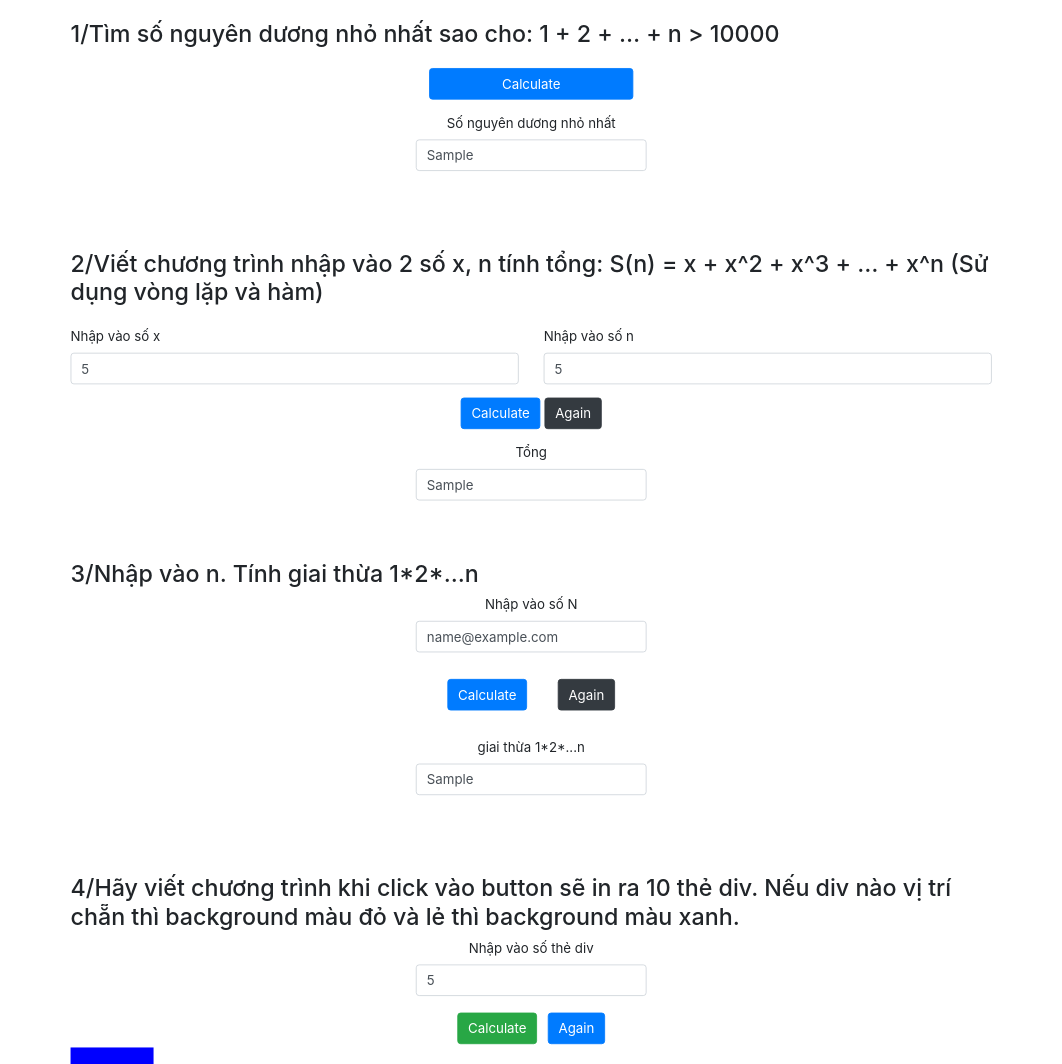
Repository: baobaodeveloper/bootcamp21__loop__HuynhAnhBao
Page: index.html
These files come from the project's save history. The page is drawn as it stood at one moment and after the next save; the edit follows.
The browser window is 1280 px wide. The pictures show the whole page, at 83% of full size.
Empty fields were first filled with sample values (such as "Sample", 5 or name@example.com).
After loading, the first visible `#creat-div` was clicked once.

Above is the page before, as saved 2022-03-17 19:32:37.

### index.html
<!DOCTYPE html>
<html lang="en">
  <head>
    <title>Exercise Js</title>
    <!-- Required meta tags -->
    <meta charset="utf-8" />
    <meta
      name="viewport"
      content="width=device-width, initial-scale=1, shrink-to-fit=no"
    />

    <!-- Bootstrap CSS -->
    <link
      rel="stylesheet"
      href="https://stackpath.bootstrapcdn.com/bootstrap/4.3.1/css/bootstrap.min.css"
      integrity="sha384-ggOyR0iXCbMQv3Xipma34MD+dH/1fQ784/j6cY/iJTQUOhcWr7x9JvoRxT2MZw1T"
      crossorigin="anonymous"
    />
  </head>
  <body>
    <!--1/Tìm số nguyên dương nhỏ nhất sao cho:
    1 + 2 + … + n > 10000-->
    <div class="container mt-4">
      <h3>1/Tìm số nguyên dương nhỏ nhất sao cho: 1 + 2 + … + n > 10000</h3>
      <div class="mb-3 flex-md-column d-flex w-25 m-auto text-center">
        <button type="button" id="min-number" class="btn btn-primary m-3">
          Calculate
        </button>
        <label class="form-label">Số nguyên dương nhỏ nhất</label>
        <input
          type="text"
          class="form-control"
          id="result1"
          placeholder="Số nguyên dương nhỏ nhất"
        />
      </div>
    </div>

    <!--2/Viết chương trình nhập vào 2 số x, n tính tổng: S(n) = x + x^2 + x^3 + … + x^n (Sử
    dụng vòng lặp và hàm)-->
    <div class="container mt-5 pt-5">
      <h3>
        2/Viết chương trình nhập vào 2 số x, n tính tổng: S(n) = x + x^2 + x^3 +
        … + x^n (Sử dụng vòng lặp và hàm)
      </h3>
      <div class="row mt-4">
        <div class="col">
          <label class="form-label">Nhập vào số x</label>
          <input
            type="number"
            class="form-control"
            placeholder="Enter number x"
            id="number-x"
          />
        </div>
        <div class="col">
          <label class="form-label">Nhập vào số n</label>
          <input
            type="number"
            class="form-control"
            placeholder="Enter number n"
            id="number-n"
          />
        </div>
      </div>

      <div class="m-3 text-center">
        <button type="button" id="calculate-sum" class="btn btn-primary">
          Calculate
        </button>
        <button type="button" id="calculate-sum-again" class="btn btn-dark">
          Again
        </button>
      </div>

      <div class="w-25 m-auto text-center">
        <label class="form-label">Tổng</label>
        <input
          type="text"
          class="form-control"
          id="result2"
          placeholder="Sum"
        />
      </div>
    </div>

    <!--3/Nhập vào n. Tính giai thừa 1*2*...n-->
    <div class="container mt-4 pt-5">
      <h3>3/Nhập vào n. Tính giai thừa 1*2*...n</h3>
      <div class="w-25 m-auto text-center">
        <label class="form-label">Nhập vào số N</label>
        <input
          type="email"
          class="form-control"
          id="num-enter"
          placeholder="Enter number n"
        />
      </div>
      <div class="mb-3 flex-md-column d-flex w-25 m-auto text-center">
        <div class="m-3">
          <button
            type="button"
            id="calculate-num-n"
            class="btn btn-primary m-3"
          >
            Calculate
          </button>
          <button
            type="button"
            id="calculate-num-n-again"
            class="btn btn-dark m-3"
          >
            Again
          </button>
        </div>
        <label class="form-label">giai thừa 1*2*...n</label>
        <input
          type="text"
          class="form-control"
          id="result3"
          placeholder="giai thừa 1*2*...n"
        />
      </div>
    </div>

    <!--4/Hãy viết chương trình khi click vào button sẽ in ra 10 thẻ div. Nếu div nào vị trí chẵn thì
    background màu đỏ và lẻ thì background màu xanh.-->
    <div class="container mt-5 pt-5">
      <h3>
        4/Hãy viết chương trình khi click vào button sẽ in ra 10 thẻ div. Nếu
        div nào vị trí chẵn thì background màu đỏ và lẻ thì background màu xanh.
      </h3>
      <div class="mb-3 flex-md-column d-flex w-25 m-auto text-center">
        <label class="form-label">Nhập vào số thẻ div</label>
        <input
          type="number"
          class="form-control"
          id="number-div"
          placeholder="Nhập vào số thẻ div"
        />
      </div>
      <div class="text-center mt-3">
        <button type="button" id="creat-div" class="btn btn-success m-1">
          Calculate
        </button>
        <button type="button" id="creat-div-again" class="btn btn-primary m-1">
          Again
        </button>
      </div>
      <div id="result4"></div>
    </div>

    <!-- Optional JavaScript -->
    <!-- jQuery first, then Popper.js, then Bootstrap JS -->
    <script
      src="https://code.jquery.com/jquery-3.3.1.slim.min.js"
      integrity="sha384-q8i/X+965DzO0rT7abK41JStQIAqVgRVzpbzo5smXKp4YfRvH+8abtTE1Pi6jizo"
      crossorigin="anonymous"
    ></script>
    <script
      src="https://cdnjs.cloudflare.com/ajax/libs/popper.js/1.14.7/umd/popper.min.js"
      integrity="sha384-UO2eT0CpHqdSJQ6hJty5KVphtPhzWj9WO1clHTMGa3JDZwrnQq4sF86dIHNDz0W1"
      crossorigin="anonymous"
    ></script>
    <script
      src="https://stackpath.bootstrapcdn.com/bootstrap/4.3.1/js/bootstrap.min.js"
      integrity="sha384-JjSmVgyd0p3pXB1rRibZUAYoIIy6OrQ6VrjIEaFf/nJGzIxFDsf4x0xIM+B07jRM"
      crossorigin="anonymous"
    ></script>

    <!-- <script src="exercise1.js"></script> -->
    <!-- <script src="exercise2.js"></script> -->
    <!-- <script src="exercise3.js"></script> -->
    <script src="exercise4.js"></script>
  </body>
</html>

### exercise4.js
const numDiv = document.getElementById("number-div");
const result4 = document.getElementById("result4");

document.getElementById("creat-div").addEventListener("click", () => {
  if (!numDiv.value) return;

  const numDivValue = +numDiv.value;

  for (let i = 1; i <= numDivValue; i++) {
    if (i % 2 === 0) {
      result4.innerHTML = `   <div style="height: 20px; width: 100px; background-color: red"></div>`;
    } else {
      result4.innerHTML = `   <div style="height: 20px; width: 100px; background-color: blue"></div>`;
    }
  }
});

After the next save:
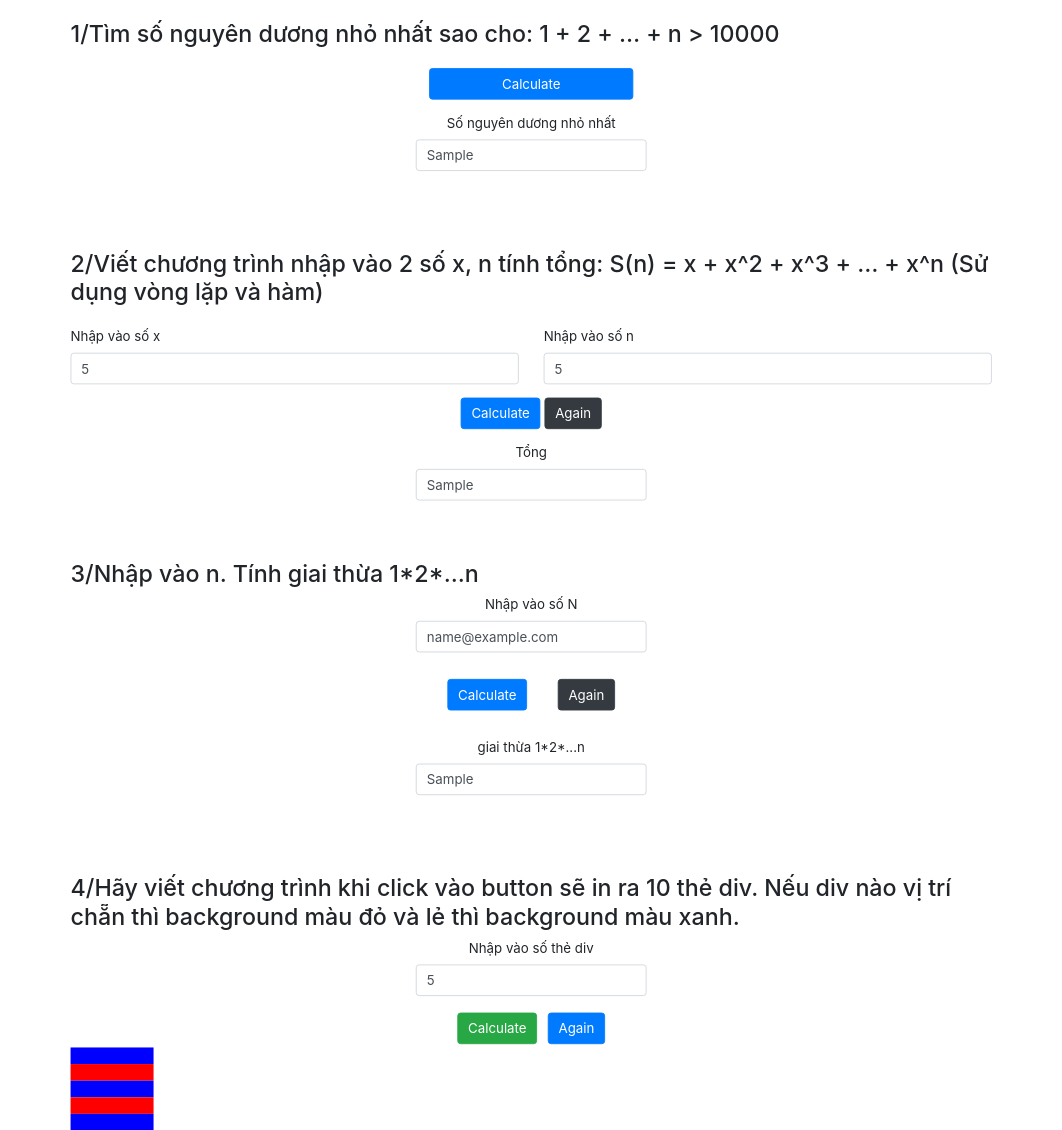
Saved 2 min 16 s later.
--- a/exercise4.js
+++ b/exercise4.js
@@ -5,12 +5,14 @@ document.getElementById("creat-div").addEventListener("click", () => {
   if (!numDiv.value) return;
 
   const numDivValue = +numDiv.value;
+  const redDiv = `<div style="height: 20px; width: 100px; background-color: red"></div>`;
+  const blueDiv = `<div style="height: 20px; width: 100px; background-color: blue"></div>`;
 
   for (let i = 1; i <= numDivValue; i++) {
     if (i % 2 === 0) {
-      result4.innerHTML = `   <div style="height: 20px; width: 100px; background-color: red"></div>`;
+      result4.insertAdjacentHTML("afterbegin", redDiv);
     } else {
-      result4.innerHTML = `   <div style="height: 20px; width: 100px; background-color: blue"></div>`;
+      result4.insertAdjacentHTML("afterbegin", blueDiv);
     }
   }
 });
